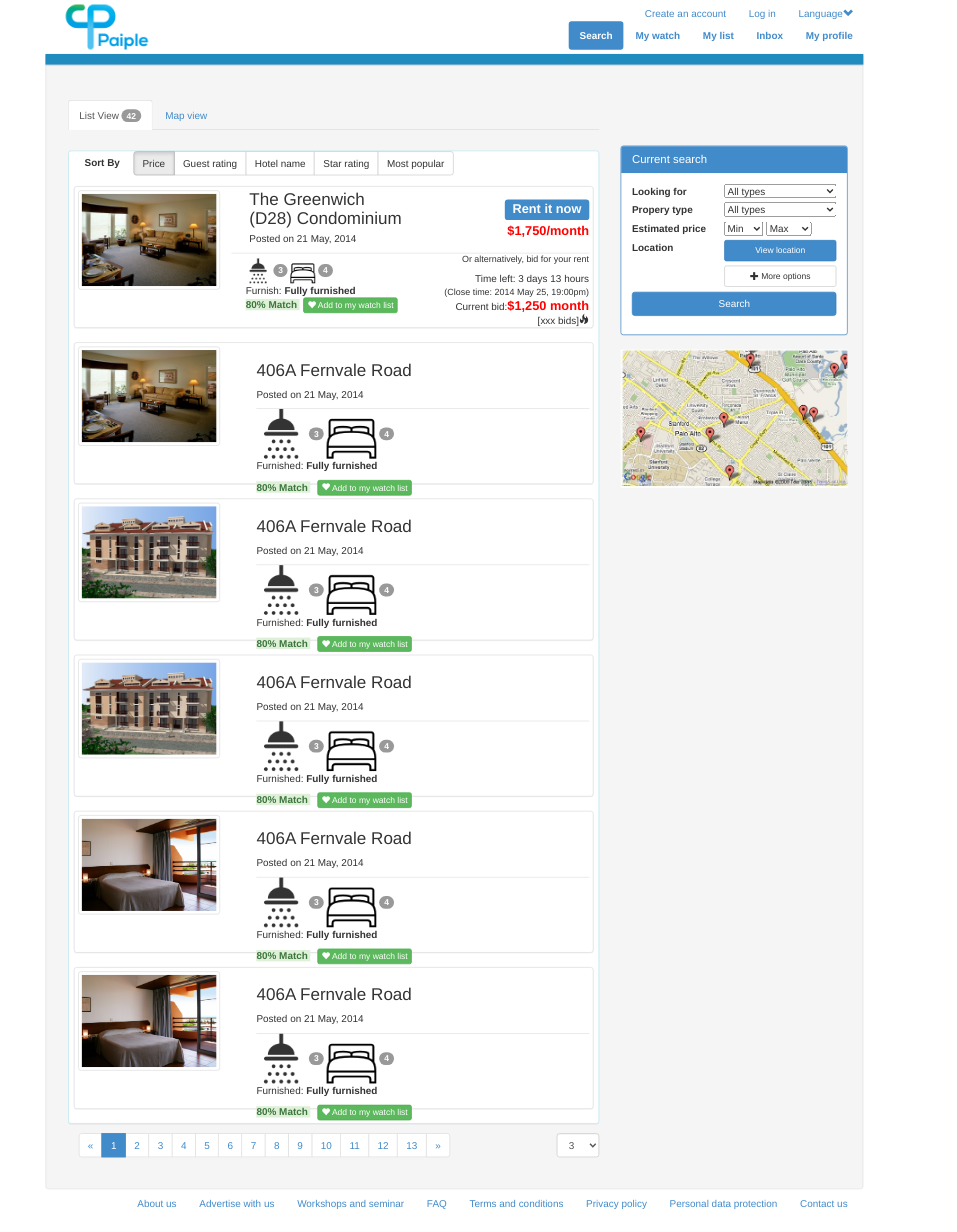
Repository: thytran142/Intern
Page: Internship/ListingPage.html
An editor plug-in stored every save of this project. The page is shown before and after the next save, followed by the edit.
The browser window is 1280 px wide. The page is 1348 px wide, so the pictures cover 1348 px, including what lies to the right of the window. The pictures show the whole page, at 71% of full size.
Some web libraries are served in a nearby version.

Above is the page before, as saved 2014-05-23 05:51:57.

After the next save:
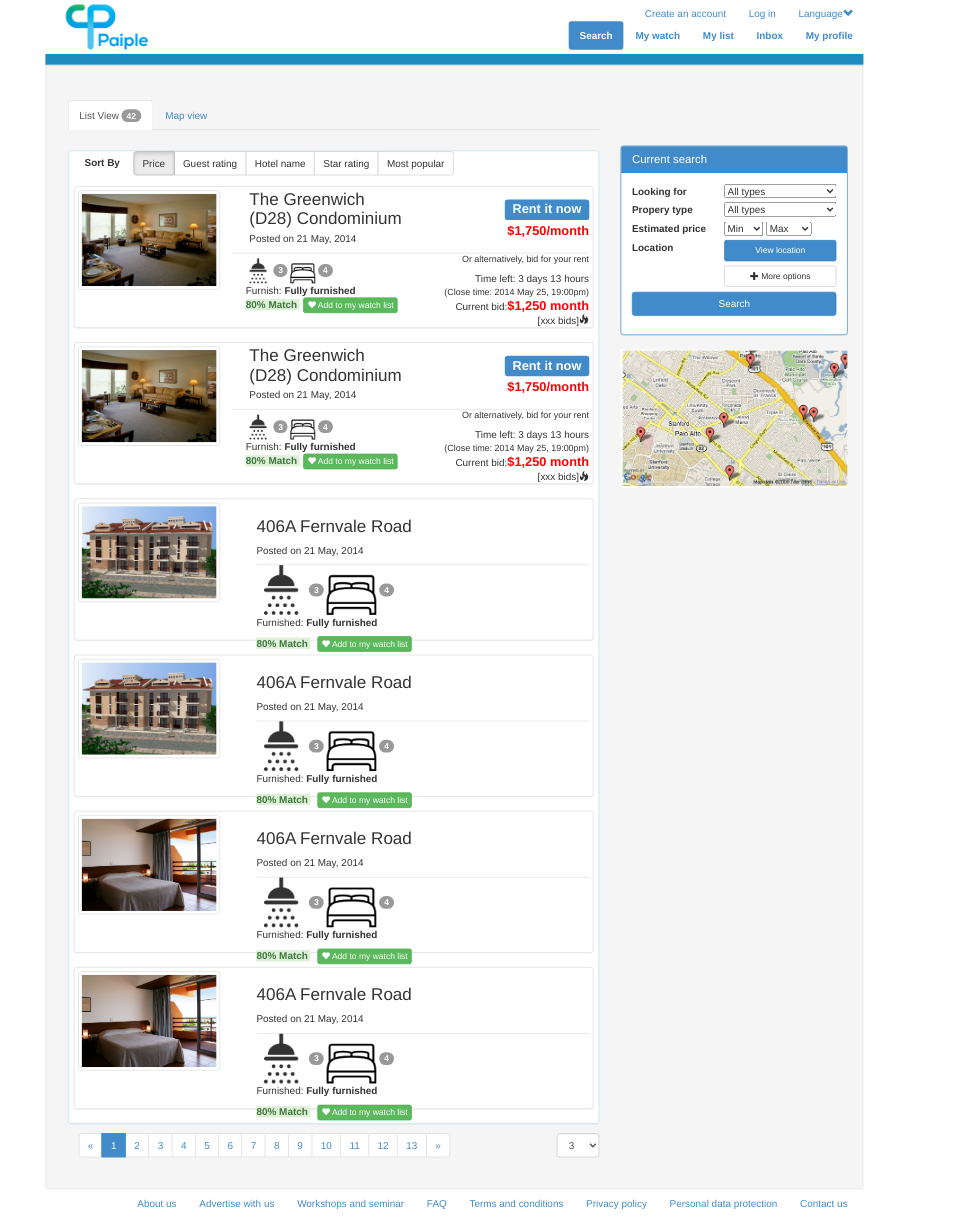
Saved 8 min 23 s later.
--- a/Internship/ListingPage.html
+++ b/Internship/ListingPage.html
@@ -197,21 +197,34 @@
 						<img src="img/house2.jpg" alt="house1" class="img-thumbnail">
 					</div>
 					<div class="col-mid">
-						<div class="row1">
-						<h3>406A Fernvale Road </h3>
-						<p>Posted on 21 May, 2014 </p>
-						</div>
-						<div class="row2">
-								<img src="img/bath_room.png"> <span class="badge">3</span>
-								<img src="img/bed.png"> <span class="badge">4</span>
-								<p>Furnished: <b>Fully furnished</b></p>
-						</div><!--end row2-->
-						<div class="row3">
-							<strong class="alert-success"> 80% Match </strong>
-							<button type="button" class="btn btn-success btn-xs">
+						<table>
+							<tr style= "border-bottom: 1px solid #E2E2E2;">
+								<td><h3>The Greenwich (D28) Condominium </h3>
+									<p style="margin-left:10%;margin-top:-2%;">Posted on 21 May, 2014 </p>
+								</td>
+								<td><h3><span class="label label-primary">Rent it now</span></h3><h4 style="color:red;font-weight:bold;">$1,750/month</h4></td>
+							</tr>
+							<tr>
+								<td style="padding-left:4%;">
+									<div style="margin-top:-10%;">
+									<img src="img/bath_room.png"> <span class="badge">3</span>
+									<img src="img/bed.png"> <span class="badge">4</span>
+									</div>
+									Furnish: <b>Fully furnished</b><br>
+									<strong class="alert-success"> 80% Match </strong>
+									<button type="button" class="btn btn-success btn-xs">
 										<span class="glyphicon glyphicon-heart"></span> Add to my watch list
 									</button>
-						</div>
+								</td>
+								<td style="text-align:right;"><div style="font-size:90%;">Or alternatively, bid for your rent</div>
+									<h5>Time left: 3 days 13 hours</h5>
+									<div style="font-size:90%;margin-top:-3%;">(Close time: 2014 May 25, 19:00pm)</div>
+									<h5 style="display:inline;margin-top:1%;">Current bid:</h5><h4 style="font-weight:bold;color:red;display:inline;">$1,250 month</h4>
+									<p>[xxx bids]<span class="glyphicon glyphicon-fire"></span></p>
+							</td>
+							</tr>
+
+						</table>
 					</div>
 					</div>
 					<!--end row2-->
